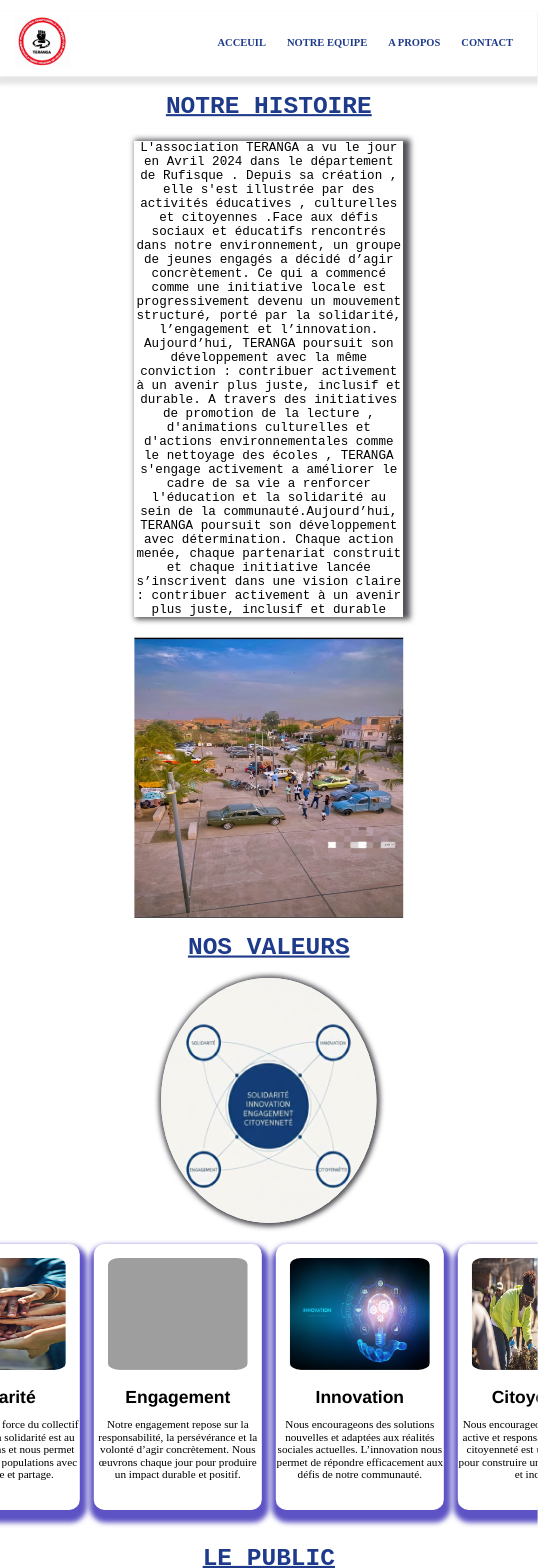
Repository: assanendao171/projet-teranga
Page: propos.html
These files come from the project's save history. The page is drawn as it stood at one moment and after the next save; the edit follows.
The browser window is 768 px wide. The pictures show the part of the page from y = 0 to 2240 px (the page is 5056 px tall before and 4585 px after), at 70% of full size.
Pictures or frames that could not be fetched are drawn as grey boxes.

Above is the page before, as saved 2026-02-13 16:15:09.

### propos.html
<!doctype html>
<html lang="en">
  <head>
    <meta charset="UTF-8" />
    <meta name="viewport" content="width=device-width, initial-scale=1.0" />
    <title>Document</title>
    <link rel="stylesheet" href="propos.css" />
  </head>
  <body>
    <!-- l'entete -->
    <header>
      <!-- logo -->
      <div class="contain-logo">
        <img src="image/logo.jpeg" alt="" class="logo" />
      </div>
      <div class="btn-nav">
        <nav>
          <a href="acceuil.html" target="_blank">ACCEUIL</a>
          <a href="equipe.html" target="_blank">NOTRE EQUIPE</a>
          <a href="propos.html" target="_blank">A PROPOS</a>
          <a href="contact.html" target="_blank">CONTACT</a>
        </nav>
      </div>
    </header>
    <!-- corps -->
    <main>
      <!-- section histoire -->
      <h1 id="histoire">NOTRE HISTOIRE</h1>
      <div class="contain-histoire">
        <p id="p-histoire">
          L'association TERANGA a vu le jour en Avril 2024 dans le département
          de Rufisque . Depuis sa création , elle s'est illustrée par des
          activités éducatives , culturelles et citoyennes .Face aux défis
          sociaux et éducatifs rencontrés dans notre environnement, un groupe de
          jeunes engagés a décidé d’agir concrètement. Ce qui a commencé comme
          une initiative locale est progressivement devenu un mouvement
          structuré, porté par la solidarité, l’engagement et l’innovation.
          Aujourd’hui, TERANGA poursuit son développement avec la même
          conviction : contribuer activement à un avenir plus juste, inclusif et
          durable. A travers des initiatives de promotion de la lecture ,
          d'animations culturelles et d'actions environnementales comme le
          nettoyage des écoles , TERANGA s'engage activement a améliorer le
          cadre de sa vie a renforcer l'éducation et la solidarité au sein de la
          communauté.Aujourd’hui, TERANGA poursuit son développement avec
          détermination. Chaque action menée, chaque partenariat construit et
          chaque initiative lancée s’inscrivent dans une vision claire :
          contribuer activement à un avenir plus juste, inclusif et durable
        </p>
        <img
          src="image/histoireImage.jpeg"
          alt="photo histoire"
          class="photo-histoire" />
      </div>
      <h1 id="valeur">NOS VALEURS</h1>
      <div class="contain-valeur">
        <img src="image/photo-valeur.png" alt="" class="photo-valeur" />
      </div>
      <div class="contain-image">
        <div class="image1">
          <img
            src="image/solidatité.jpg"
            alt="aide social"
            class="image-aide" />
          <span id="texte-aide-social">Solidarité</span>
          <p>
            Nous croyons en la force du collectif et en l’entraide. La
            solidarité est au cœur de nos actions et nous permet d’accompagner
            les populations avec respect, écoute et partage.
          </p>
        </div>
        <!-- ____________________ -->
        <div class="image1">
          <img src="image/engagement.jpg" alt="education" class="image-aide" />
          <span id="texte-aide-social">Engagement</span>
          <p>
            Notre engagement repose sur la responsabilité, la persévérance et la
            volonté d’agir concrètement. Nous œuvrons chaque jour pour produire
            un impact durable et positif.
          </p>
        </div>
        <!-- ___________________________________ -->
        <div class="image1">
          <img
            src="image/innovation.jpg"
            alt="environnement"
            class="image-aide" />
          <span id="texte-aide-social">Innovation</span>
          <p>
            Nous encourageons des solutions nouvelles et adaptées aux réalités
            sociales actuelles. L’innovation nous permet de répondre
            efficacement aux défis de notre communauté.
          </p>
          <!-- ______________________________________________ -->
        </div>
        <div class="image1">
          <img
            src="image/citoyennete.jpg"
            alt="environnement"
            class="image-aide" />
          <span id="texte-aide-social">Citoyenneté</span>
          <p>
            Nous encourageons la participation active et responsable de chacun.
            La citoyenneté est un levier essentiel pour construire une société
            plus juste et inclusive.
          </p>
          <!-- ______________________________________________ -->
        </div>
      </div>

      <!-- le public -->
      <div class="containt-public">
        <h1 id="public">LE PUBLIC</h1>
        <h2>Pour qui agissons-nous ?</h2>
        <p class="p-public">
          TERANGA déploie ses actions au service de différents publics au sein
          de la communauté. Notre démarche repose sur une approche inclusive,
          participative et adaptée aux réalités locales. Nous considérons que le
          développement social ne peut être efficace que s’il prend en compte
          les besoins spécifiques de chaque groupe et favorise l’implication
          active de tous les acteurs concernés.
        </p>
        <h2>Les jeunes :</h2>
        <p class="p-public">
          Les jeunes occupent une place centrale dans notre vision du
          développement. Conscients des défis auxquels ils sont confrontés —
          qu’ils soient éducatifs, sociaux ou liés à l’insertion professionnelle
          — nous mettons en œuvre des initiatives visant à renforcer leurs
          capacités et à encourager leur autonomie. À travers des activités
          d’accompagnement, de sensibilisation et d’engagement citoyen, nous
          créons des espaces d’apprentissage et d’expression où les jeunes
          peuvent développer leurs compétences, affirmer leur potentiel et
          prendre confiance en eux. Nous croyons fermement que la jeunesse
          représente une force de transformation sociale. En leur offrant des
          opportunités concrètes et un cadre structurant, nous contribuons à
          faire émerger une génération responsable, créative et engagée pour le
          bien commun.
        </p>
        <h2>Les familles et les communautés locales :</h2>
        <p class="p-public">
          Le développement durable d’une société repose sur la solidité de ses
          familles et la cohésion de ses communautés. TERANGA agit en faveur du
          renforcement du tissu social en proposant des actions qui encouragent
          la solidarité, l’entraide et la participation communautaire. Nous
          accompagnons les familles confrontées à des défis sociaux en
          favorisant le dialogue, la sensibilisation et l’accès à des
          initiatives adaptées à leurs besoins. Notre approche vise à valoriser
          les ressources locales, à soutenir les dynamiques existantes et à
          encourager une participation active dans la résolution des
          problématiques collectives. En plaçant la communauté au cœur de notre
          action, nous contribuons à créer un environnement plus stable,
          inclusif et favorable au développement harmonieux de chacun.
        </p>
        <h2>Les acteurs engagés et partenaires :</h2>
        <p class="p-public">
          TERANGA reconnaît que l’impact durable ne peut être atteint qu’à
          travers une collaboration étroite entre différents acteurs. C’est
          pourquoi nous travaillons aux côtés de bénévoles, de leaders
          communautaires, d’organisations partenaires et d’institutions
          partageant une vision commune du progrès social. Nous favorisons les
          synergies et les partenariats stratégiques afin de renforcer la portée
          de nos actions et d’optimiser les ressources disponibles. Cette
          dynamique collaborative permet de mutualiser les compétences, de
          partager les expériences et d’amplifier l’impact au bénéfice des
          populations ciblées. En cultivant un réseau engagé et solidaire, nous
          consolidons les bases d’un développement inclusif et durable.
        </p>
        <h2>Une approche inclusive :</h2>
        <p class="p-public">
          Au-delà des catégories spécifiques, notre action s’inscrit dans une
          démarche globale visant à promouvoir l’inclusion, l’équité et la
          participation citoyenne. Nous restons attentifs à l’évolution des
          besoins de la communauté et adaptons continuellement nos interventions
          afin de garantir leur pertinence et leur efficacité.
        </p>
      </div>
      <div>
        <h1 id="lieu">LE LIEU</h1>
      </div>
      <div class="contain-lieu">
        <p id="p-lieu">
          TERANGA inscrit son action au cœur de son territoire. Notre engagement
          prend racine dans un environnement marqué par des réalités sociales,
          éducatives et économiques spécifiques, qui nécessitent des réponses
          adaptées et durables. En étant présents au plus près des populations,
          nous développons une connaissance approfondie du contexte local, ce
          qui nous permet de proposer des initiatives pertinentes et cohérentes
          avec les besoins identifiés. Implantée à Rufisque, TERANGA agit
          principalement au niveau local tout en s’inscrivant dans une dynamique
          d’ouverture et de collaboration plus large. Notre proximité avec les
          habitants facilite l’écoute, le dialogue et la participation active de
          la communauté. Cette présence locale constitue un atout majeur : elle
          nous permet d’intervenir rapidement, de créer des liens solides et de
          renforcer la confiance entre les différents acteurs impliqués. Nous
          considérons notre territoire non seulement comme un espace
          d’intervention, mais aussi comme un espace d’opportunités. Les
          ressources humaines, les dynamiques communautaires et les initiatives
          locales représentent des leviers essentiels pour construire un
          développement durable. En valorisant ces atouts et en encourageant la
          coopération, TERANGA contribue activement à l’émergence d’un
          environnement plus inclusif, solidaire et porteur d’avenir.
        </p>
        <iframe
          src="https://www.google.com/maps/embed?pb=!1m18!1m12!1m3!1d15435.790002337535!2d-17.281228760870015!3d14.715560226542413!2m3!1f0!2f0!3f0!3m2!1i1024!2i768!4f13.1!3m3!1m2!1s0xec19fc137980b03%3A0x2f17ba47ed9b2b44!2sRufisque!5e0!3m2!1sfr!2ssn!4v1770901932337!5m2!1sfr!2ssn"
          width="600"
          height="450"
          style="border: 0"
          allowfullscreen=""
          loading="lazy"
          referrerpolicy="no-referrer-when-downgrade"></iframe>
      </div>
    </main>

    <footer>
      <nav class="btn-footer">
        <a href="acceuil.html" target="_blank">ACCEUIL</a>
        <a href="equipe.html" target="_blank">NOTRE EQUIPE</a>
        <a href="propos.html" target="_blank">A PROPOS</a>
        <a href="contact.html" target="_blank">CONTACT</a>
      </nav>
      <div class="contain-footer">
        <div class="liste-footer">
          <h4>Nos domaines d'action</h4>
          <ul>
            <li>Formation en informatique</li>
            <li>Apprentissage de l’anglais</li>
            <li>Aide sociale</li>
            <li>Actions communautaires</li>
          </ul>
        </div>
        <div class="copyright">
          <p>&copy;2026 Association TERANGA – Tous droits réservés</p>
        </div>
        <div class="contact">
          <ul>
            <li>📍 Rufisque, Sénégal</li>
            <li>📞 +221 77 926 43 67</li>
          </ul>
        </div>
      </div>
    </footer>
  </body>
</html>

### propos.css
body{
    margin: 15px 0 5px 0;
    background-color: #fffffff5;
}
header{
width: 100%;
height: 80px;
background-color: #FFFFFF;
box-shadow: 2px 6px 6px 6px rgba(0, 0, 0, 0.1);
display: flex;
align-items: center;
justify-content: center;
gap: 800px;
}
nav a{
    margin: 15px;
    color: #1E3A8A;
    text-decoration: none;
    font-size: 15px;
    font-weight:900;
}
nav a:hover{
    text-decoration: underline;
}
.logo{
    width: 80px;
left: 10px;
}


/* section histoire */
#histoire{
        color: #1E3A8A;

    text-align: center;
    font-size: 35px;
font-family: 'Courier New', Courier, monospace;
text-decoration: underline;

}
.contain-histoire{
    display: flex;
    gap: 25px;
}
#p-histoire{
    text-align: center;
    font-size: 18px;
font-family: 'Courier New', Courier, monospace;
margin: 5px ;
   width: 50%;
    box-shadow: 5px 1px 8px 4px rgba(31, 30, 37, 0.781);
}
.photo-histoire{
    width: 50%;
    height: 400px;
}
#valeur{
        color: #1E3A8A;

    text-align: center;
    font-size: 35px;
font-family: 'Courier New', Courier, monospace;
text-decoration: underline;

}
.photo-valeur{
    width: 40%;
    height: 350px;
border-radius: 50%;
    box-shadow: 1px 1px 8px 4px rgba(31, 30, 37, 0.781);
}
.contain-valeur{
    display: flex;
    flex-direction: row;
    justify-content: center;
}

.contain-image{
    padding-top: 30px;
    display: flex;
    gap: 20px;
    text-align: center;
    justify-content: center;
    align-items: center;
}
.image1{
    width: 300px;
    height: 380px;
    text-align: center;
    background-color: rgb(255, 255, 255);
    border-radius: 15px;
    box-shadow: 2px 10px 8px 8px rgba(49, 34, 180, 0.781);
    color: #000000;

}
.image-aide{
        width: 240px;
    height: 200px;
    padding: 20px;
    border-radius: 15%;
}
.image-aide:hover{
    transition: 0.5s;
    transform: scale(1.1);
}
#texte-aide-social{
        font-size: 25px;
        font-weight:bold;
font-family:'Franklin Gothic Medium', 'Arial Narrow', Arial, sans-serif
}
#public{
        color: #1E3A8A;
padding-top: 25px;
    text-align: center;
    font-size: 35px;
font-family: 'Courier New', Courier, monospace;
text-decoration: underline;
}
.containt-public{
    margin: 10px;
}
.p-public{
    font-size: 18px;
font-family:'Trebuchet MS', 'Lucida Sans Unicode', 'Lucida Grande', 'Lucida Sans', Arial, sans-serif
}
#lieu{
        color: #1E3A8A;
padding-top: 25px;
    text-align: center;
    font-size: 35px;
font-family: 'Courier New', Courier, monospace;
text-decoration: underline;
}


.contain-lieu{
    display: flex;
    gap: 25px;
}
#p-lieu{
    text-align: center;
    font-size: 18px;
font-family: 'Courier New', Courier, monospace;
margin: 5px ;
   width: 50%;
    box-shadow: 5px 1px 8px 4px rgba(31, 30, 37, 0.781);
}
.ifram-lieu{
    width: 50%;
    height: 370px;
}





footer{
    background-color: #2D3748;
    width: 100%;
    height: 230px;
    margin-top: 20px;
}
.btn-footer{
    display: flex;
    flex-direction: row;
    justify-content: center;

}
.btn-footer a{
    padding: px;
    color: #FFFFFF;
    margin: 10x;
    font-size: 15px;
}
.liste-footer{
    margin-left: 10px;
        color: #FFFFFF;

}
.contact{
    display: flex;
    flex-direction: row;
    justify-content: flex-end;
    color: #FFFFFF;
}
.contain-footer{
    display: flex;
    flex-direction: row;
    justify-content: space-between;
}
.copyright{
        color: #FFFFFF;
    font-size: 22px;
    display: flex;
    flex-direction: column;
    justify-content: flex-end;
}


/* mediaquery pour mobile*/
@media screen and (max-width: 768px) {
  * {
    box-sizing: border-box;
  }
  html,
  body {
    width: 100%;
    overflow-x: hidden;
  }
  header {
    width: 100%;
    height: auto;
    background-color: #ffffff;
    box-shadow: 2px 6px 6px 6px rgba(0, 0, 0, 0.1);
    gap: 10px;
    display: flex;
    flex-direction: column;
    justify-content: space-between;
    align-items: center;
    padding: 10px 20px;
  }

  nav {
    display: flex;
    flex-direction: column;
    justify-content: center;
    align-items: center;
  }
  nav a {
    margin: 15px;
    color: #1e3a8a;
    text-decoration: none;
    font-size: 15px;
    font-weight: 900;
  }
  nav a:hover {
    text-decoration: underline;
  }
.contain-histoire{
    display: flex;
    flex-direction: column;
    justify-content: center;
    align-items: center;
    gap: 25px;
}

#p-histoire{
    text-align: center;
    font-size: 18px;
font-family: 'Courier New', Courier, monospace;
margin: 5px ;
   width: 50%;
    box-shadow: 5px 1px 8px 4px rgba(31, 30, 37, 0.781);
}
.photo-histoire{
    width: 50%;
    height: 400px;
}
footer {
    display: flex;
  background-color: #2d3748;
  width: 100%;
  height: auto;
  margin-top: 20px;
  flex-direction: column;
  justify-content: center;
  align-items: center;
}
.contain-footer{
    display: flex;
    flex-direction: column;
    align-items: center;
    gap: 20px;
}

.bloc-footer{
    display: flex;
    flex-direction: column;
    align-items: center;
    text-align: center;
    gap: 25px;

}
.liste-footer ul,
.contact ul{
    padding: 0;
}
}



/* media query tablette */
@media (min-width: 768px) {
  * {
    box-sizing: border-box;
  }
  html,
  body {
    width: 100%;
    overflow-x: hidden;
  }
  header {
    width: 100%;
    height: auto;
    background-color: #ffffff;
    box-shadow: 2px 6px 6px 6px rgba(0, 0, 0, 0.1);
    gap: 10px;
    display: flex;
    flex-direction: row;
    justify-content: space-between;
    align-items: center;
    padding: 10px 20px;
  }

  nav {
    display: flex;
    flex-direction: row;
    justify-content: center;
    align-items: center;
  }

footer {
    display: flex;
  background-color: #2d3748;
  width: 100%;
  height: auto;
  margin-top: 20px;
  flex-direction: column;
  justify-content: center;
  align-items: center;
}
.contain-footer{
    display: flex;
    flex-direction: column;
    align-items: center;
    gap: 20px;
}

.bloc-footer{
    display: flex;
    flex-direction: column;
    align-items: center;
    text-align: center;
    gap: 25px;

}
.liste-footer ul,
.contact ul{
    padding: 0;
}
}

After the next save:
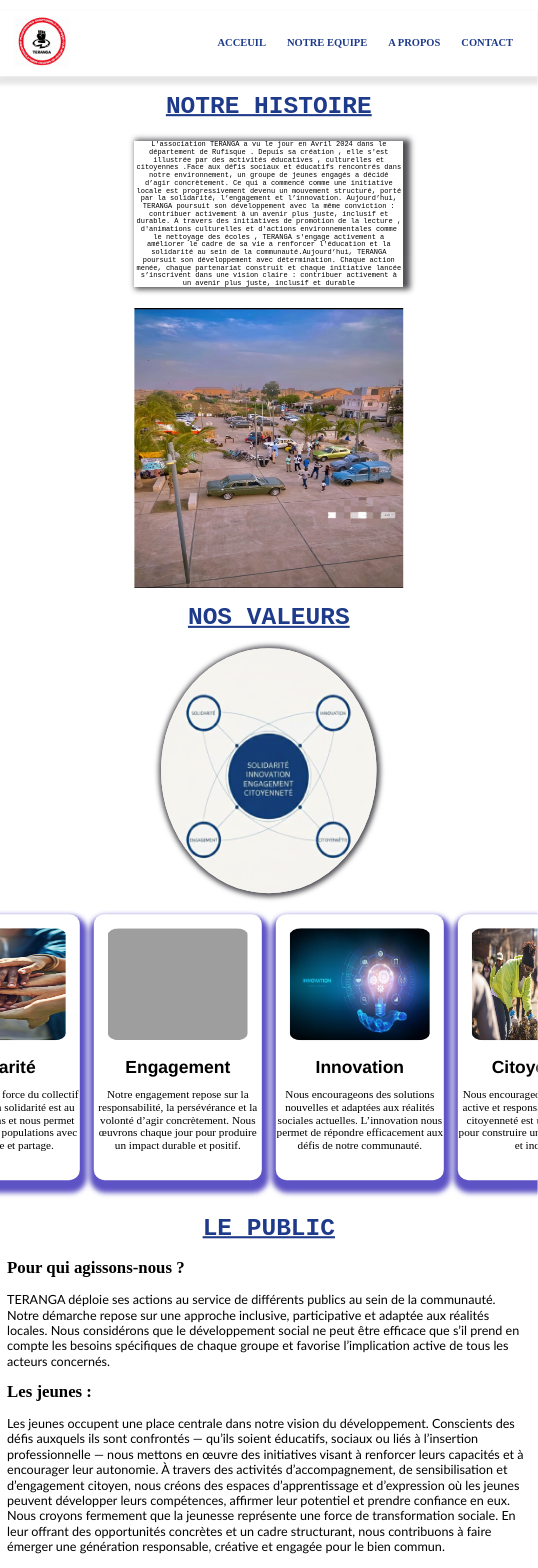
Saved 13 s later.
--- a/propos.css
+++ b/propos.css
@@ -246,7 +246,7 @@
 
 #p-histoire{
     text-align: center;
-    font-size: 18px;
+    font-size: 10px;
 font-family: 'Courier New', Courier, monospace;
 margin: 5px ;
    width: 50%;
